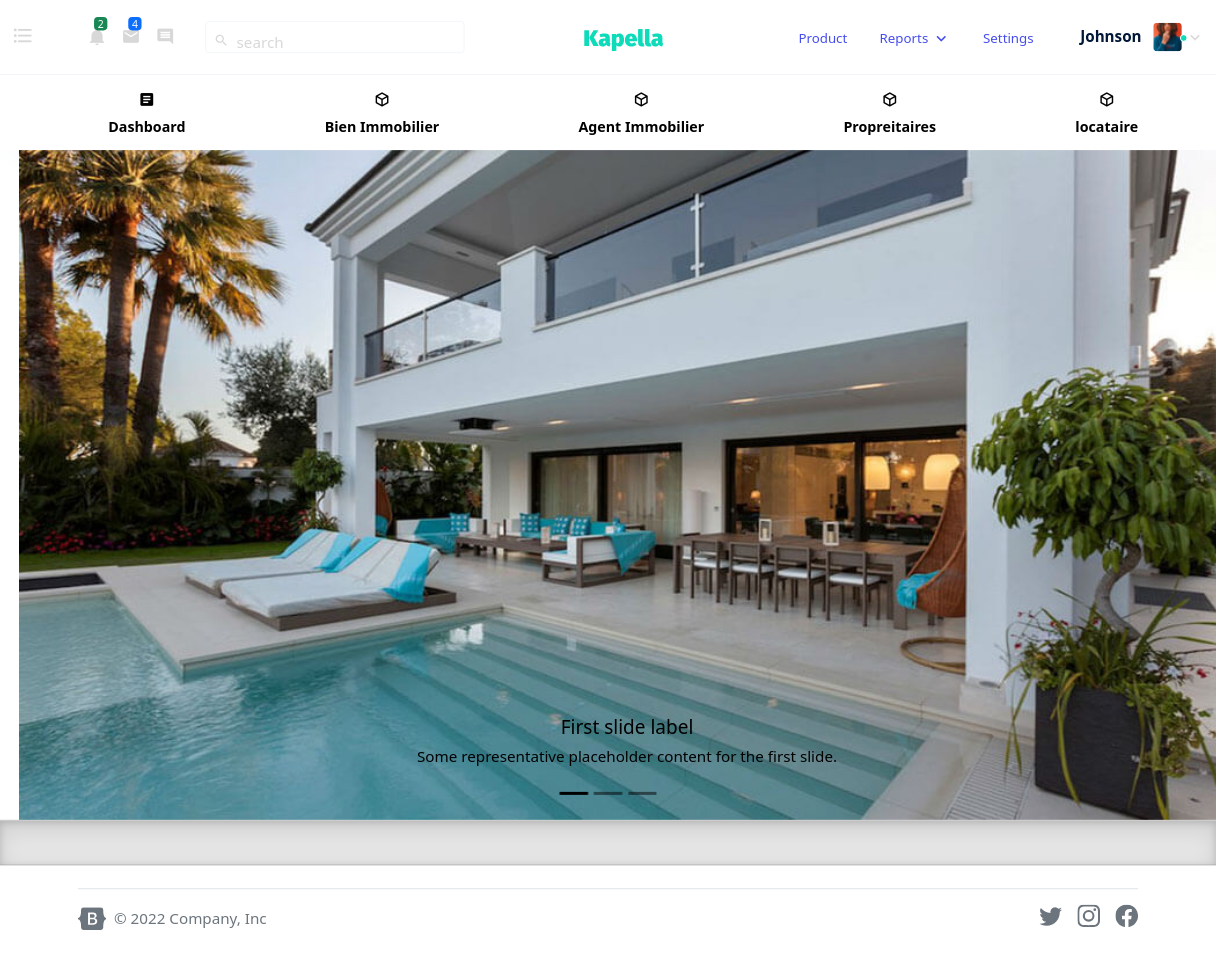
Repository: dimitri0004/Bien
Page: templates/dashbord/index.html.twig
The author's editor kept a copy of each file at every save. The page is drawn from the files as they stood at one save, then again after the next save.
The browser window is 1280 px wide. The pictures show the whole page, at 95% of full size.
The page is a Twig template of a Symfony application; nobody is signed in and links lead nowhere. The template is opened directly, without the code that normally fills it, so the values that code supplies are empty.

Above is the page before, as saved 2023-04-05 01:18:51.
Console error: TypeError: Cannot read properties of null (reading 'addEventListener')

### templates/dashbord/index.html.twig
{% extends 'base.html.twig' %}

{% block title %}Hello DashbordController!{% endblock %}

{% block body %}

    <div id="carouselExampleDark" class="carousel carousel-dark slide">
        <div class="carousel-indicators">
          <button type="button" data-bs-target="#carouselExampleDark" data-bs-slide-to="0" class="active" aria-current="true" aria-label="Slide 1"></button>
          <button type="button" data-bs-target="#carouselExampleDark" data-bs-slide-to="1" aria-label="Slide 2"></button>
          <button type="button" data-bs-target="#carouselExampleDark" data-bs-slide-to="2" aria-label="Slide 3"></button>
        </div>
        <div class="carousel-inner" style="margin-left: 20px; margin-right:20px" style=" ;">
          <div class="carousel-item active" data-bs-interval="10000">
            <img src="{{ asset('uploads/image2.jpg') }}" class="d-block w-100" alt="...">
            <div class="carousel-caption d-none d-md-block">
              <h5  style="color:black"ss>First slide label</h5>
              <p style="color:black">Some representative placeholder content for the first slide.</p>
            </div>
          </div>
          <div class="carousel-item" data-bs-interval="2000">
            <img src="{{ asset('uploads/img3.jpg') }}" class="d-block w-100" alt="...">
            <div class="carousel-caption d-none d-md-block">
              <h5  style="color:black">Second slide label</h5>
              <p  style="color:black">Some representative placeholder content for the second slide.</p>
            </div>
          </div>
          <div class="carousel-item">
            <img src="{{ asset('uploads/image3.jpg') }}" class="d-block w-100" alt="...">
            <div class="carousel-caption d-none d-md-block">
              <h5  style="color:black">Third slide label</h5>
              <p  style="color:black">Some representative placeholder content for the third slide.</p>
            </div>
          </div>
        </div>
        <button class="carousel-control-prev" type="button" data-bs-target="#carouselExampleDark" data-bs-slide="prev">
          <span class="carousel-control-prev-icon" aria-hidden="true"></span>
          <span class="visually-hidden">Previous</span>
        </button>
        <button class="carousel-control-next" type="button" data-bs-target="#carouselExampleDark" data-bs-slide="next">
          <span class="carousel-control-next-icon" aria-hidden="true"></span>
          <span class="visually-hidden">Next</span>
        </button>
      </div>



{% endblock %}

### templates/base.html.twig
<!DOCTYPE html>
<html>
    <head>
        <meta charset="UTF-8">
        <meta name="viewport" content="width=device-width, initial-scale=1, shrink-to-fit=no">
        <title>{% block title %}Welcome!{% endblock %}</title>
        <link rel="icon" href="data:[embedded picture, 143 characters]">
        {# Run `composer require symfony/webpack-encore-bundle` to start using Symfony UX #}
        <!-- Required meta tags -->
        <!-- base:css -->




        {% block stylesheets %}
            <link rel="stylesheet" href="{{asset('vendors/base/vendor.bundle.base.css')}}">
            <link rel="stylesheet" href="{{asset('vendors/mdi/css/materialdesignicons.min.css')}}">
            <link rel="stylesheet" href="{{asset('css/style.css')}}">
            <link rel="shortcut icon" href="{{asset('images/favicon.png')}}" >
            <link rel="canonical" href="https://getbootstrap.com/docs/5.3/examples/footers/">
            <link href="{{ asset('css/bootstrap.min.css') }}" rel="stylesheet">





<link href="../assets/dist/css/bootstrap.min.css" rel="stylesheet">


        {% endblock %}



        {% block javascripts %} {% endblock %}

        <script src="{{asset('vendors/base/vendor.bundle.base.js')}}" defer></script>
        <script src="{{asset('js/template.js')}}" defer></script>
        <script src="{{asset('vendors/chart.js/Chart.min.js')}}"defer></script>
        <script src="{{asset('vendors/progressbar.js/progressbar.min.js')}}"></script>
        <script src="{{asset('vendors/chartjs-plugin-datalabels/chartjs-plugin-datalabels.js')}}"defer></script>
        <script src="{{asset('vendors/justgage/raphael-2.1.4.min.js')}}"defer></script>
        <script src="{{asset('vendors/justgage/justgage.js')}}"defer></script>
        <script src="{{asset('js/jquery.cookie.js')}}" type="text/javascript" defer></script>
        <script src="{{asset('js/dashboard.js')}}" defer></script>
        <script src="{{ asset('js/bootstrap.bundle.min.js') }}" defer></script>



    </head>
    <body>
        {% include "_partiels/nav.html.twig" %}
        {% block body %}

        {% endblock %}
        {% include "_partiels/footer.html.twig" %}
    </body>
</html>

### templates/_partiels/nav.html.twig

<div class="container-scroller">
    <div class="row p-0 m-0 proBanner" id="proBanner">
        <div class="col-md-12 p-0 m-0">

        </div>
    </div>
<!-- partial:partials/_horizontal-navbar.html -->
<div class="horizontal-menu">
<nav class="navbar top-navbar col-lg-12 col-12 p-0">
<div class="container-fluid">
<div class="navbar-menu-wrapper d-flex align-items-center justify-content-between">
<ul class="navbar-nav navbar-nav-left">
  <li class="nav-item ms-0 me-5 d-lg-flex d-none">
    <a href="#" class="nav-link horizontal-nav-left-menu"><i class="mdi mdi-format-list-bulleted"></i></a>
  </li>
  <li class="nav-item dropdown">
    <a class="nav-link count-indicator dropdown-toggle d-flex align-items-center justify-content-center" id="notificationDropdown" href="#" data-bs-toggle="dropdown">
      <i class="mdi mdi-bell mx-0"></i>
      <span class="count bg-success">2</span>
    </a>
    <div class="dropdown-menu dropdown-menu-right navbar-dropdown preview-list" aria-labelledby="notificationDropdown">
      <p class="mb-0 font-weight-normal float-left dropdown-header">Notifications</p>
      <a class="dropdown-item preview-item">
        <div class="preview-thumbnail">
            <div class="preview-icon bg-success">
              <i class="mdi mdi-information mx-0"></i>
            </div>
        </div>
        <div class="preview-item-content">
            <h6 class="preview-subject font-weight-normal">Application Error</h6>
            <p class="font-weight-light small-text mb-0 text-muted">
              Just now
            </p>
        </div>
      </a>
      <a class="dropdown-item preview-item">
        <div class="preview-thumbnail">
            <div class="preview-icon bg-warning">
              <i class="mdi mdi-settings mx-0"></i>
            </div>
        </div>
        <div class="preview-item-content">
            <h6 class="preview-subject font-weight-normal">Settings</h6>
            <p class="font-weight-light small-text mb-0 text-muted">
              Private message
            </p>
        </div>
      </a>
      <a class="dropdown-item preview-item">
        <div class="preview-thumbnail">
            <div class="preview-icon bg-info">
              <i class="mdi mdi-account-box mx-0"></i>
            </div>
        </div>
        <div class="preview-item-content">
            <h6 class="preview-subject font-weight-normal">New user registration</h6>
            <p class="font-weight-light small-text mb-0 text-muted">
              2 days ago
            </p>
        </div>
      </a>
    </div>
  </li>
  <li class="nav-item dropdown">
    <a class="nav-link count-indicator dropdown-toggle d-flex justify-content-center align-items-center" id="messageDropdown" href="#" data-bs-toggle="dropdown">
      <i class="mdi mdi-email mx-0"></i>
      <span class="count bg-primary">4</span>
    </a>
    <div class="dropdown-menu dropdown-menu-right navbar-dropdown preview-list" aria-labelledby="messageDropdown">
      <p class="mb-0 font-weight-normal float-left dropdown-header">Messages</p>
      <a class="dropdown-item preview-item">
        <div class="preview-thumbnail">
            <img src="images/faces/face4.jpg" alt="image" class="profile-pic">
        </div>
        <div class="preview-item-content flex-grow">
            <h6 class="preview-subject ellipsis font-weight-normal">David Grey
            </h6>
            <p class="font-weight-light small-text text-muted mb-0">
              The meeting is cancelled
            </p>
        </div>
      </a>
      <a class="dropdown-item preview-item">
        <div class="preview-thumbnail">
            <img src="images/faces/face2.jpg" alt="image" class="profile-pic">
        </div>
        <div class="preview-item-content flex-grow">
            <h6 class="preview-subject ellipsis font-weight-normal">Tim Cook
            </h6>
            <p class="font-weight-light small-text text-muted mb-0">
              New product launch
            </p>
        </div>
      </a>
      <a class="dropdown-item preview-item">
        <div class="preview-thumbnail">
            <img src="images/faces/face3.jpg" alt="image" class="profile-pic">
        </div>
        <div class="preview-item-content flex-grow">
            <h6 class="preview-subject ellipsis font-weight-normal"> Johnson
            </h6>
            <p class="font-weight-light small-text text-muted mb-0">
              Upcoming board meeting
            </p>
        </div>
      </a>
    </div>
  </li>
  <li class="nav-item dropdown">
    <a href="#" class="nav-link count-indicator "><i class="mdi mdi-message-reply-text"></i></a>
  </li>
  <li class="nav-item nav-search d-none d-lg-block ms-3">
    <div class="input-group">
        <div class="input-group-prepend">
          <span class="input-group-text" id="search">
            <i class="mdi mdi-magnify"></i>
          </span>
        </div>
        <input type="text" class="form-control" placeholder="search" aria-label="search" aria-describedby="search">
    </div>
  </li>
</ul>
<div class="text-center navbar-brand-wrapper d-flex align-items-center justify-content-center">
    <a class="navbar-brand brand-logo" href="index.html"><img src="{{ asset('images/logo.svg') }}" alt="logo"/></a>
    <a class="navbar-brand brand-logo-mini" href="index.html"><img src="{{ asset('images/logo-mini.svg') }}" alt="logo"/></a>
</div>
<ul class="navbar-nav navbar-nav-right">
    <li class="nav-item dropdown  d-lg-flex d-none">
      <button type="button" class="btn btn-inverse-primary btn-sm">Product </button>
    </li>
    <li class="nav-item dropdown d-lg-flex d-none">
      <a class="dropdown-toggle show-dropdown-arrow btn btn-inverse-primary btn-sm" id="nreportDropdown" href="#" data-bs-toggle="dropdown">
      Reports
      </a>
      <div class="dropdown-menu dropdown-menu-right navbar-dropdown preview-list" aria-labelledby="nreportDropdown">
          <p class="mb-0 font-weight-medium float-left dropdown-header">Reports</p>
          <a class="dropdown-item">
            <i class="mdi mdi-file-pdf text-primary"></i>
            Pdf
          </a>
          <a class="dropdown-item">
            <i class="mdi mdi-file-excel text-primary"></i>
            Exel
          </a>
      </div>
    </li>
    <li class="nav-item dropdown d-lg-flex d-none">
      <button type="button" class="btn btn-inverse-primary btn-sm">Settings</button>
    </li>
    <li class="nav-item nav-profile dropdown">
      <a class="nav-link dropdown-toggle" href="#" data-bs-toggle="dropdown" id="profileDropdown">
        <span class="nav-profile-name">Johnson</span>
        <span class="online-status"></span>
        <img src="{{ asset('images/faces/face28.png') }}" alt="profile"/>
      </a>
      <div class="dropdown-menu dropdown-menu-right navbar-dropdown" aria-labelledby="profileDropdown">
          <a class="dropdown-item">
            <i class="mdi mdi-settings text-primary"></i>
            Settings
          </a>
          <a class="dropdown-item">
            <i class="mdi mdi-logout text-primary"></i>
            Logout
          </a>
      </div>
    </li>
</ul>
<button class="navbar-toggler navbar-toggler-right d-lg-none align-self-center" type="button" data-toggle="horizontal-menu-toggle">
  <span class="mdi mdi-menu"></span>
</button>
</div>
</div>
</nav>
<nav class="bottom-navbar">
<div class="container">
<ul class="nav page-navigation">
  <li class="nav-item">
    <a class="nav-link" href="{{ path('dashbord') }}">
      <i class="mdi mdi-file-document-box menu-icon"></i>
      <span class="menu-title">Dashboard</span>
    </a>
  </li>
  <li class="nav-item">
      <a href="#" class="nav-link">
        <i class="mdi mdi-cube-outline menu-icon"></i>
        <span class="menu-title">Bien Immobilier</span>
        <i class="menu-arrow"></i>
      </a>
      <div class="submenu">
          <ul>
            <li class="nav-item"><a class="nav-link" href="{{ path('bienImmobilier_ajouter') }}">Ajouter</a></li>
            <li class="nav-item"><a class="nav-link" href="{{ path('bienImmobilier_liste') }}">Lister</a></li>
            <li class="nav-item"><a class="nav-link" href="{{ path('bienImmobilier_afficher') }}">Afficher</a></li>
            <li class="nav-item"><a class="nav-link" href="{{ path('depense_afficher') }}">Depense</a></li>
            <li class="nav-item"><a class="nav-link" href="{{ path('revenu_afficher') }}">Revenu</a></li>
          </ul>
      </div>
  </li>
  <li class="nav-item">
      <a href="#" class="nav-link">
        <i class="mdi mdi-cube-outline menu-icon"></i>
        <span class="menu-title">Agent Immobilier</span>
        <i class="menu-arrow"></i>
      </a>
      <div class="submenu">
      <ul>
            <li class="nav-item"><a class="nav-link" href="{{ path('agentImmobilier_ajouter') }}">Ajouter</a></li>
            <li class="nav-item"><a class="nav-link" href="pages/ui-features/typography.html">Lister</a></li>
            <li class="nav-item"><a class="nav-link" href="{{ path('agentImmobilier_afficher') }}">Afficher</a></li>

      </ul>
    </div>
  </li>
  <li class="nav-item">
      <a href="#" class="nav-link">
        <i class="mdi mdi-cube-outline menu-icon"></i>
        <span class="menu-title">Propreitaires</span>
        <i class="menu-arrow"></i>
      </a>
      <div class="submenu">
        <ul>
            <li class="nav-item"><a class="nav-link" href="{{ path('propreitaire_ajouter') }}">Ajouter</a></li>
            <li class="nav-item"><a class="nav-link" href="{{ path('propreitaire_afficher') }}">Afficher</a></li>
        </ul>
    </div>
  </li>
  <li class="nav-item">
      <a href="#" class="nav-link">
        <i class="mdi mdi-cube-outline menu-icon"></i>
        <span class="menu-title">locataire</span>
        <i class="menu-arrow"></i>
      </a>
      <div class="submenu">
        <ul>
            <li class="nav-item"><a class="nav-link" href="{{ path('locataire_ajouter') }}">Ajouter</a></li>
            <li class="nav-item"><a class="nav-link" href="{{ path('locataire_afficher') }}">Afficher</a></li>
            <li class="nav-item"><a class="nav-link" href="{{ path('facture_afficher') }}">Facture</a></li>
            <li class="nav-item"><a class="nav-link" href="{{ path('contratLocation_afficher') }}">Contrat de Location</a></li>
        </ul>
    </div>
  </li>
</ul>
</div>
</nav>
</div>

### templates/_partiels/footer.html.twig
<style>
    .bd-placeholder-img {
      font-size: 1.125rem;
      text-anchor: middle;
      -webkit-user-select: none;
      -moz-user-select: none;
      user-select: none;
    }

    @media (min-width: 768px) {
      .bd-placeholder-img-lg {
        font-size: 3.5rem;
      }
    }

    .b-example-divider {
      height: 3rem;
      background-color: rgba(0, 0, 0, .1);
      border: solid rgba(0, 0, 0, .15);
      border-width: 1px 0;
      box-shadow: inset 0 .5em 1.5em rgba(0, 0, 0, .1), inset 0 .125em .5em rgba(0, 0, 0, .15);
    }

    .b-example-vr {
      flex-shrink: 0;
      width: 1.5rem;
      height: 100vh;
    }

    .bi {
      vertical-align: -.125em;
      fill: currentColor;
    }

    .nav-scroller {
      position: relative;
      z-index: 2;
      height: 2.75rem;
      overflow-y: hidden;
    }

    .nav-scroller .nav {
      display: flex;
      flex-wrap: nowrap;
      padding-bottom: 1rem;
      margin-top: -1px;
      overflow-x: auto;
      text-align: center;
      white-space: nowrap;
      -webkit-overflow-scrolling: touch;
    }
</style>
<body>
    <svg xmlns="http://www.w3.org/2000/svg" style="display: none;">
        <symbol id="bootstrap" viewBox="0 0 118 94">
          <title>Bootstrap</title>
          <path fill-rule="evenodd" clip-rule="evenodd" d="M24.509 0c-6.733 0-11.715 5.893-11.492 12.284.214 6.14-.064 14.092-2.066 20.577C8.943 39.365 5.547 43.485 0 44.014v5.972c5.547.529 8.943 4.649 10.951 11.153 2.002 6.485 2.28 14.437 2.066 20.577C12.794 88.106 17.776 94 24.51 94H93.5c6.733 0 11.714-5.893 11.491-12.284-.214-6.14.064-14.092 2.066-20.577 2.009-6.504 5.396-10.624 10.943-11.153v-5.972c-5.547-.529-8.934-4.649-10.943-11.153-2.002-6.484-2.28-14.437-2.066-20.577C105.214 5.894 100.233 0 93.5 0H24.508zM80 57.863C80 66.663 73.436 72 62.543 72H44a2 2 0 01-2-2V24a2 2 0 012-2h18.437c9.083 0 15.044 4.92 15.044 12.474 0 5.302-4.01 10.049-9.119 10.88v.277C75.317 46.394 80 51.21 80 57.863zM60.521 28.34H49.948v14.934h8.905c6.884 0 10.68-2.772 10.68-7.727 0-4.643-3.264-7.207-9.012-7.207zM49.948 49.2v16.458H60.91c7.167 0 10.964-2.876 10.964-8.281 0-5.406-3.903-8.178-11.425-8.178H49.948z"></path>
        </symbol>
        <symbol id="facebook" viewBox="0 0 16 16">
          <path d="M16 8.049c0-4.446-3.582-8.05-8-8.05C3.58 0-.002 3.603-.002 8.05c0 4.017 2.926 7.347 6.75 7.951v-5.625h-2.03V8.05H6.75V6.275c0-2.017 1.195-3.131 3.022-3.131.876 0 1.791.157 1.791.157v1.98h-1.009c-.993 0-1.303.621-1.303 1.258v1.51h2.218l-.354 2.326H9.25V16c3.824-.604 6.75-3.934 6.75-7.951z"/>
        </symbol>
        <symbol id="instagram" viewBox="0 0 16 16">
            <path d="M8 0C5.829 0 5.556.01 4.703.048 3.85.088 3.269.222 2.76.42a3.917 3.917 0 0 0-1.417.923A3.927 3.927 0 0 0 .42 2.76C.222 3.268.087 3.85.048 4.7.01 5.555 0 5.827 0 8.001c0 2.172.01 2.444.048 3.297.04.852.174 1.433.372 1.942.205.526.478.972.923 1.417.444.445.89.719 1.416.923.51.198 1.09.333 1.942.372C5.555 15.99 5.827 16 8 16s2.444-.01 3.298-.048c.851-.04 1.434-.174 1.943-.372a3.916 3.916 0 0 0 1.416-.923c.445-.445.718-.891.923-1.417.197-.509.332-1.09.372-1.942C15.99 10.445 16 10.173 16 8s-.01-2.445-.048-3.299c-.04-.851-.175-1.433-.372-1.941a3.926 3.926 0 0 0-.923-1.417A3.911 3.911 0 0 0 13.24.42c-.51-.198-1.092-.333-1.943-.372C10.443.01 10.172 0 7.998 0h.003zm-.717 1.442h.718c2.136 0 2.389.007 3.232.046.78.035 1.204.166 1.486.275.373.145.64.319.92.599.28.28.453.546.598.92.11.281.24.705.275 1.485.039.843.047 1.096.047 3.231s-.008 2.389-.047 3.232c-.035.78-.166 1.203-.275 1.485a2.47 2.47 0 0 1-.599.919c-.28.28-.546.453-.92.598-.28.11-.704.24-1.485.276-.843.038-1.096.047-3.232.047s-2.39-.009-3.233-.047c-.78-.036-1.203-.166-1.485-.276a2.478 2.478 0 0 1-.92-.598 2.48 2.48 0 0 1-.6-.92c-.109-.281-.24-.705-.275-1.485-.038-.843-.046-1.096-.046-3.233 0-2.136.008-2.388.046-3.231.036-.78.166-1.204.276-1.486.145-.373.319-.64.599-.92.28-.28.546-.453.92-.598.282-.11.705-.24 1.485-.276.738-.034 1.024-.044 2.515-.045v.002zm4.988 1.328a.96.96 0 1 0 0 1.92.96.96 0 0 0 0-1.92zm-4.27 1.122a4.109 4.109 0 1 0 0 8.217 4.109 4.109 0 0 0 0-8.217zm0 1.441a2.667 2.667 0 1 1 0 5.334 2.667 2.667 0 0 1 0-5.334z"/>
        </symbol>
        <symbol id="twitter" viewBox="0 0 16 16">
          <path d="M5.026 15c6.038 0 9.341-5.003 9.341-9.334 0-.14 0-.282-.006-.422A6.685 6.685 0 0 0 16 3.542a6.658 6.658 0 0 1-1.889.518 3.301 3.301 0 0 0 1.447-1.817 6.533 6.533 0 0 1-2.087.793A3.286 3.286 0 0 0 7.875 6.03a9.325 9.325 0 0 1-6.767-3.429 3.289 3.289 0 0 0 1.018 4.382A3.323 3.323 0 0 1 .64 6.575v.045a3.288 3.288 0 0 0 2.632 3.218 3.203 3.203 0 0 1-.865.115 3.23 3.23 0 0 1-.614-.057 3.283 3.283 0 0 0 3.067 2.277A6.588 6.588 0 0 1 .78 13.58a6.32 6.32 0 0 1-.78-.045A9.344 9.344 0 0 0 5.026 15z"/>
        </symbol>
      </svg>

      <div class="b-example-divider"></div>
      <div class="container">
        <footer class="d-flex flex-wrap justify-content-between align-items-center py-3 my-4 border-top">
          <div class="col-md-4 d-flex align-items-center">
            <a href="/" class="mb-3 me-2 mb-md-0 text-muted text-decoration-none lh-1">
              <svg class="bi" width="30" height="24"><use xlink:href="#bootstrap"/></svg>
            </a>
            <span class="mb-3 mb-md-0 text-muted">&copy; 2022 Company, Inc</span>
          </div>

          <ul class="nav col-md-4 justify-content-end list-unstyled d-flex">
            <li class="ms-3"><a class="text-muted" href="#"><svg class="bi" width="24" height="24"><use xlink:href="#twitter"/></svg></a></li>
            <li class="ms-3"><a class="text-muted" href="#"><svg class="bi" width="24" height="24"><use xlink:href="#instagram"/></svg></a></li>
            <li class="ms-3"><a class="text-muted" href="#"><svg class="bi" width="24" height="24"><use xlink:href="#facebook"/></svg></a></li>
          </ul>
        </footer>
      </div>
</body>

Loaded but not shown: public/vendors/base/vendor.bundle.base.css (common file); public/vendors/mdi/css/materialdesignicons.min.css (library); public/css/style.css (library); public/css/bootstrap.min.css (library); public/vendors/progressbar.js/progressbar.min.js (library); public/vendors/base/vendor.bundle.base.js (library); public/vendors/chart.js/Chart.min.js (library); public/vendors/chartjs-plugin-datalabels/chartjs-plugin-datalabels.js (library); public/vendors/justgage/raphael-2.1.4.min.js (library); public/vendors/justgage/justgage.js (library); public/js/jquery.cookie.js (library); public/js/bootstrap.bundle.min.js (library); public/images/logo.svg (3 lines, source omitted); public/images/logo-mini.svg (12 lines, source omitted); public/js/dashboard.js (1172 lines, source omitted); public/js/template.js (126 lines, source omitted)

After the next save:
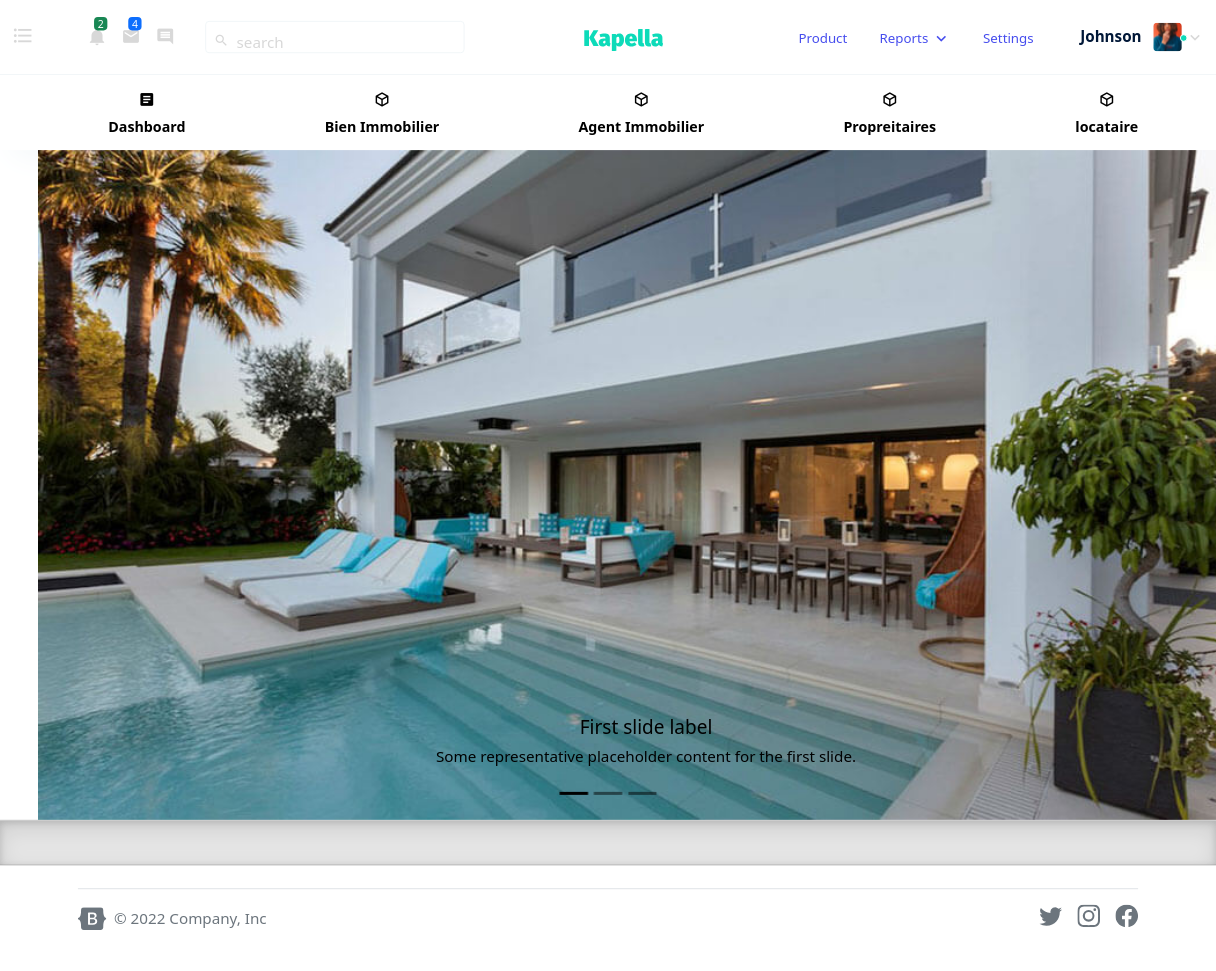
Saved 12 s later.
--- a/templates/dashbord/index.html.twig
+++ b/templates/dashbord/index.html.twig
@@ -10,7 +10,7 @@
           <button type="button" data-bs-target="#carouselExampleDark" data-bs-slide-to="1" aria-label="Slide 2"></button>
           <button type="button" data-bs-target="#carouselExampleDark" data-bs-slide-to="2" aria-label="Slide 3"></button>
         </div>
-        <div class="carousel-inner" style="margin-left: 20px; margin-right:20px" style=" ;">
+        <div class="carousel-inner" style="margin-left: 40px; margin-right:40px" style=" ;">
           <div class="carousel-item active" data-bs-interval="10000">
             <img src="{{ asset('uploads/image2.jpg') }}" class="d-block w-100" alt="...">
             <div class="carousel-caption d-none d-md-block">
